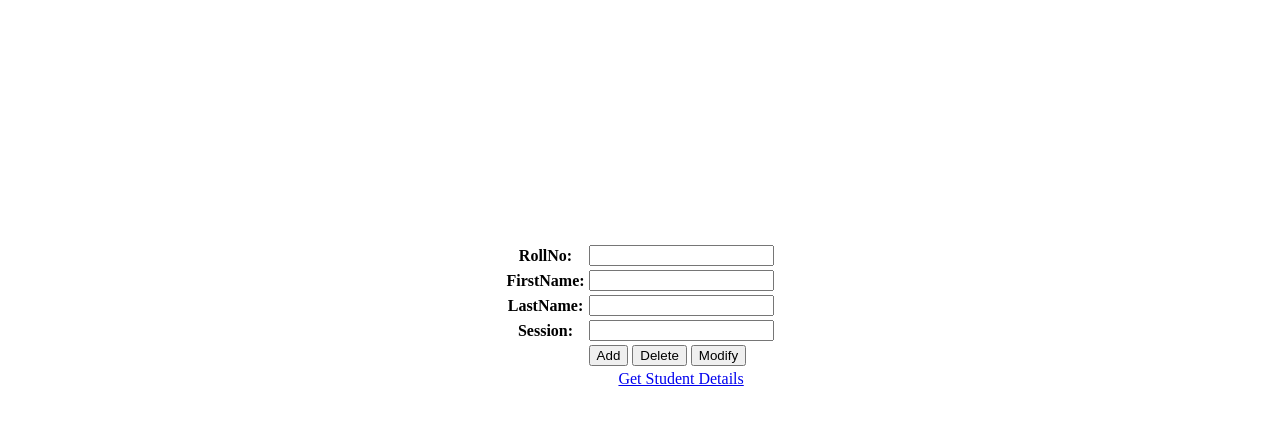
Repository: TraptiBhagat/AdvanceJava
Page: http://localhost/Student_Proj/StudentView.jsp
These files come from the project's save history. The page is drawn as it stood at one moment and after the next save; the edit follows.
The browser window is 1280 px wide. The pictures show the whole page.
The page is served by Tomcat 9. Nobody is signed in. The application's start-up code is not run. Other server files are loaded and not shown.

Above is the page before, as saved 2022-03-25 13:00:08.

### Advance workspace/Student_Proj/src/main/webapp/StudentView.jsp
<%@ page language="java" contentType="text/html; charset=ISO-8859-1"
	pageEncoding="ISO-8859-1"%>
<!DOCTYPE html>
<html>
<head>
<meta charset="ISO-8859-1">
<title>Student Form</title>
</head>
<body>
	<form action="student" method="post">
		<br> <br> <br> <br> <br> <br> <br>
		<br> <br> <br> <br> <br>
		<table align="center">
			<tr>
				<th>RollNo:</th>
				<td><input type="text" name="rollNo"></td>
			</tr>
			<tr>
				<th>FirstName:</th>
				<td><input type="text" name="firstName"></td>
			</tr>
			<tr>
				<th>LastName:</th>
				<td><input type="text" name="lastName"></td>
			</tr>
			<tr>
				<th>Session:</th>
				<td><input type="text" name="session"></td>
			</tr>
			<tr>
				<th></th>
				<td><input type="submit" value="Add" name="operation">
					<input type="submit" value="Delete" name="operation"> <input
					type="submit" value="Modify" name="operation"></td>
				<br>
			</tr>
			<tr>
				<th></th>
				<td>
					<center>
						<a href="GetStudentView.jsp">Get Student Details</a>
					</center>
				</td>
			</tr>

		</table>

	</form>
</body>
</html>

After the next save:
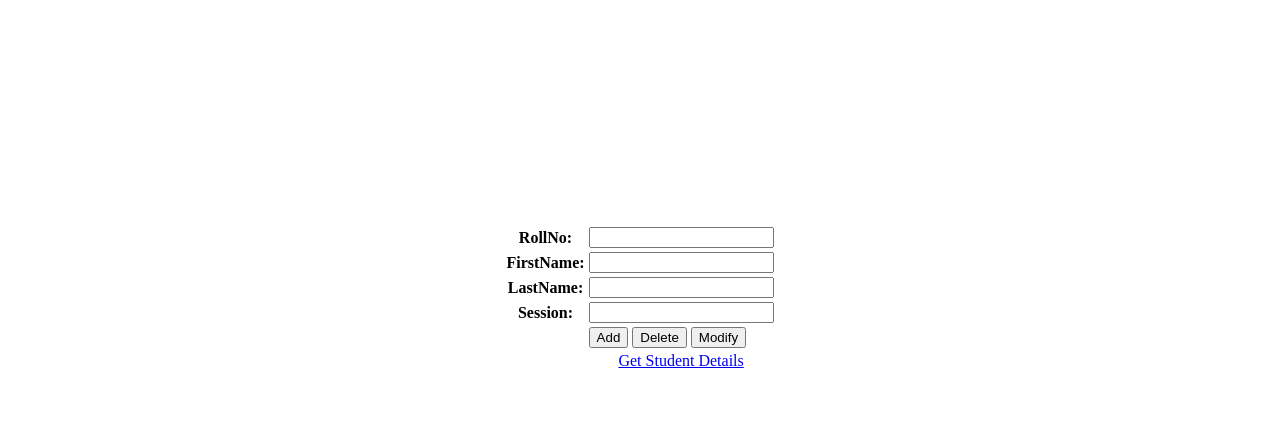
Saved 67 s later.
--- a/Advance workspace/Student_Proj/src/main/webapp/StudentView.jsp
+++ b/Advance workspace/Student_Proj/src/main/webapp/StudentView.jsp
@@ -32,15 +32,10 @@
 				<td><input type="submit" value="Add" name="operation">
 					<input type="submit" value="Delete" name="operation"> <input
 					type="submit" value="Modify" name="operation"></td>
-				<br>
 			</tr>
 			<tr>
-				<th></th>
-				<td>
-					<center>
-						<a href="GetStudentView.jsp">Get Student Details</a>
-					</center>
-				</td>
+			<th></th>
+			<td>  <center><a href="GetStudentView.jsp">Get Student Details</a></center></td>
 			</tr>
 
 		</table>
